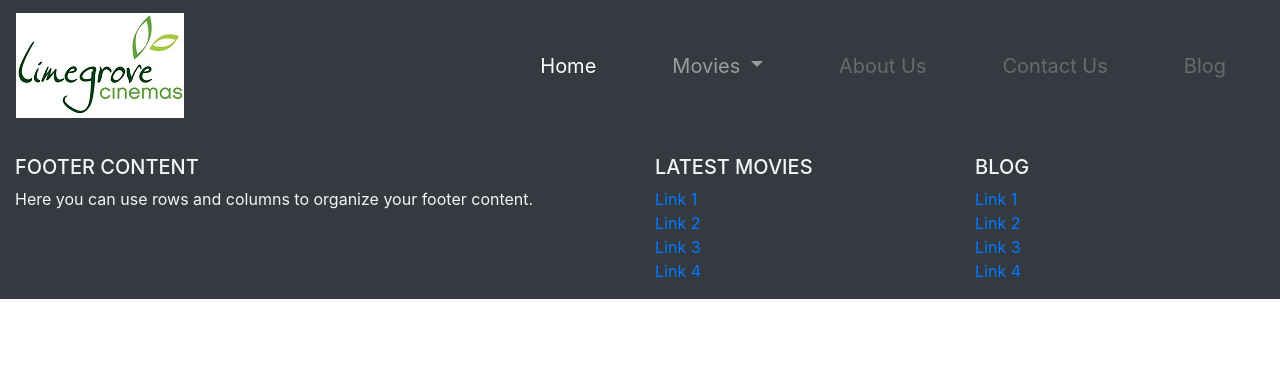
Repository: SimplyZacc/movie-web-template
Page: http://localhost/
The author's editor kept a copy of each file at every save. The page is drawn from the files as they stood at one save, then again after the next save.
The browser window is 1280 px wide. The pictures show the whole page.
The page is run by PHP 8.4 with error messages shown; the project is at /var/www/html/.

Above is the page before, as saved 2020-03-26 08:41:09.

After the next save:
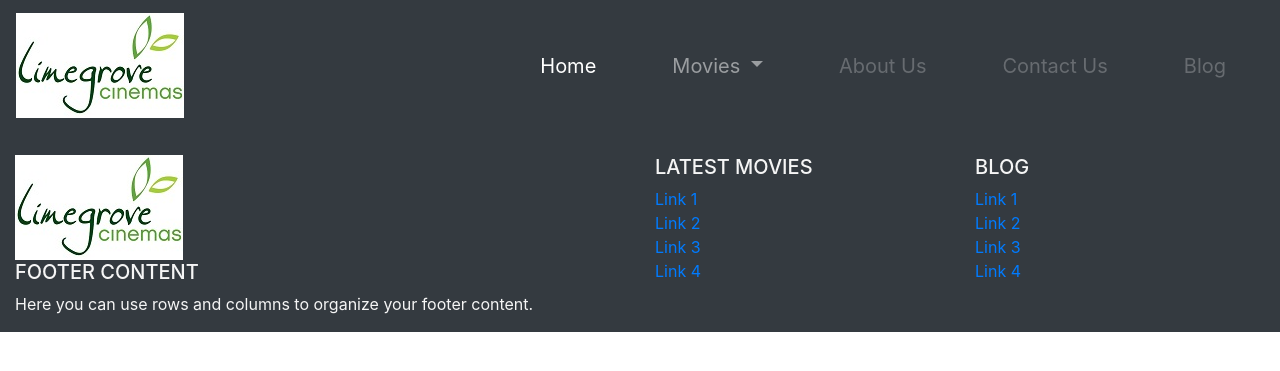
Saved 34 min 56 s later.
--- a/templates/footer.php
+++ b/templates/footer.php
@@ -6,6 +6,7 @@
 
       <div class="col-md-6 mt-md-0 mt-3">
 
+      <img src="assets/images/logo.jpg" alt="">
         <h5 class="text-uppercase">Footer Content</h5>
         <p>Here you can use rows and columns to organize your footer content.</p>
 
